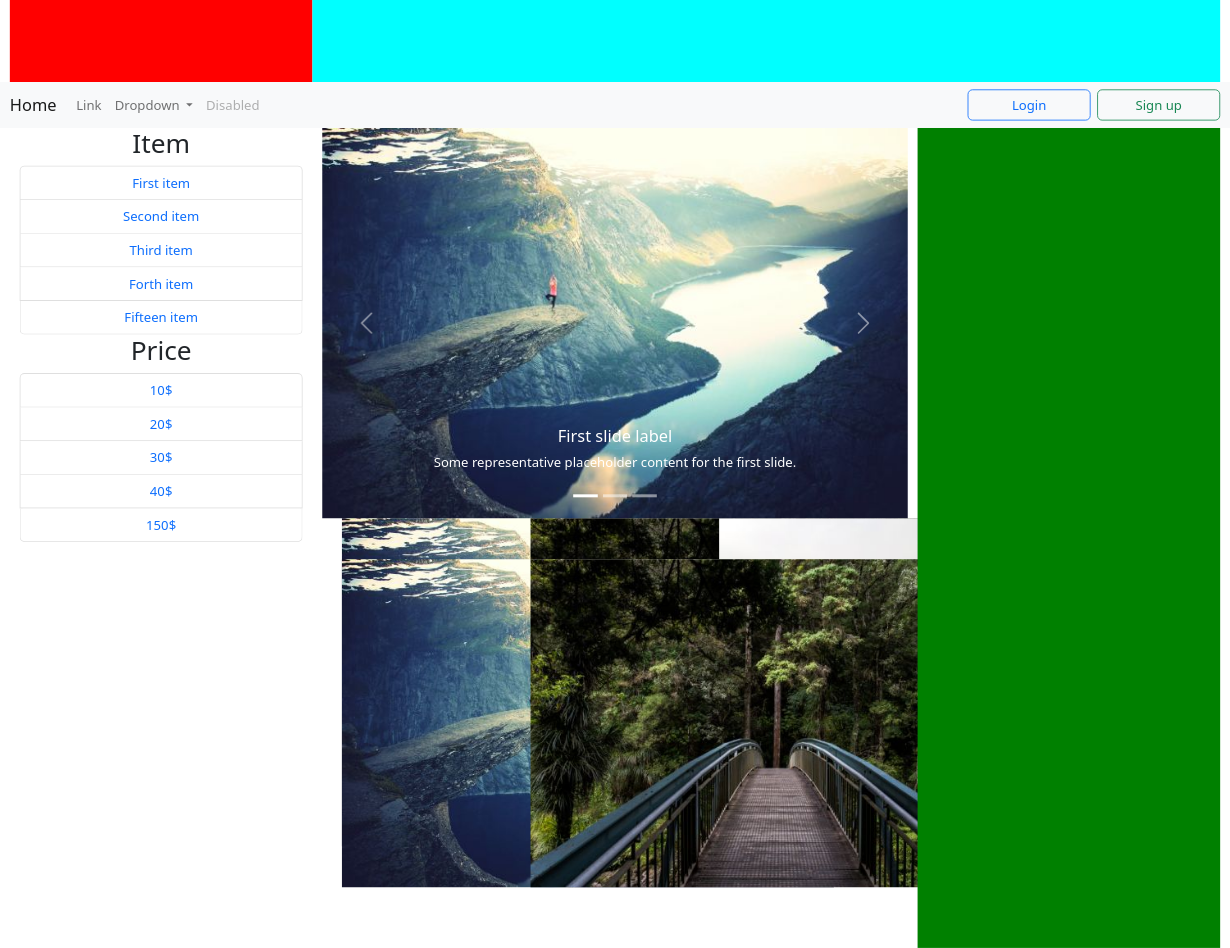
Repository: nguyenhung50497/MD2_bootstrap
Page: BT_giaoDienWeb/index.html
The author's editor kept a copy of each file at every save. The page is drawn from the files as they stood at one save, then again after the next save.
The browser window is 1280 px wide. The page is 1500 px wide, so the pictures cover 1500 px, including what lies to the right of the window. The pictures show the whole page, at 82% of full size.

Above is the page before, as saved 2022-11-30 14:08:05.

### BT_giaoDienWeb/index.html
<!DOCTYPE html>
<html lang="en">
<head>
    <meta charset="UTF-8">
    <meta http-equiv="X-UA-Compatible" content="IE=edge">
    <meta name="viewport" content="width=device-width, initial-scale=1.0">
    <link href="https://cdn.jsdelivr.net/npm/bootstrap@5.2.3/dist/css/bootstrap.min.css" rel="stylesheet" integrity="sha384-rbsA2VBKQhggwzxH7pPCaAqO46MgnOM80zW1RWuH61DGLwZJEdK2Kadq2F9CUG65" crossorigin="anonymous">
    <script src="https://cdn.jsdelivr.net/npm/bootstrap@5.2.3/dist/js/bootstrap.bundle.min.js" integrity="sha384-kenU1KFdBIe4zVF0s0G1M5b4hcpxyD9F7jL+jjXkk+Q2h455rYXK/7HAuoJl+0I4" crossorigin="anonymous"></script>
    <title>Document</title>
</head>
<style>
    .logo {
        background-color: red;
        height: 100px;
    }
    .anhBia {
        background-color: aqua;
        height: 100px;
    }
    .right {
        background-color: green;
        height: 1000px;
    }
    a {
        text-decoration: none;
    }
    .contentImg > div {
        height: 50px;
    }
</style>
<body>
<center>
    <div style="width: 1500px;">
    <header class="container-fluid row">
        <div class="col-lg-3 logo">
            <img src="" alt="">
        </div>
        <div class="col-lg-9 anhBia">
            <img src="" alt="">
        </div>
    </header>
    <nav class="navbar navbar-expand-lg bg-light">
        <div class="container-fluid">
          <a class="navbar-brand" href="#">Home</a>
          <button class="navbar-toggler" type="button" data-bs-toggle="collapse" data-bs-target="#navbarSupportedContent" aria-controls="navbarSupportedContent" aria-expanded="false" aria-label="Toggle navigation">
            <span class="navbar-toggler-icon"></span>
          </button>
          <div class="collapse navbar-collapse" id="navbarSupportedContent">
            <ul class="navbar-nav me-auto mb-2 mb-lg-0">
              <li class="nav-item">
                <a class="nav-link" href="#">Link</a>
              </li>
              <li class="nav-item dropdown">
                <a class="nav-link dropdown-toggle" href="#" role="button" data-bs-toggle="dropdown" aria-expanded="false">
                  Dropdown
                </a>
                <ul class="dropdown-menu">
                  <li><a class="dropdown-item" href="#">Action</a></li>
                  <li><a class="dropdown-item" href="#">Another action</a></li>
                  <li><hr class="dropdown-divider"></li>
                  <li><a class="dropdown-item" href="#">Something else here</a></li>
                </ul>
              </li>
              <li class="nav-item">
                <a class="nav-link disabled">Disabled</a>
              </li>
            </ul>
            <form class="d-flex" role="search">
              <button class="form-control me-2 btn btn-outline-primary" style="width: 150px;">Login</button>
              <button class="btn btn-outline-success" type="submit" style="width: 150px;">Sign up</button>
            </form>
          </div>
        </div>
      </nav>
    <div class="container-fluid row">
        <aside class="col-lg-3 left">
            <h2>Item</h2>
            <ul class="list-group">
                <li class="list-group-item"><a href="">First item</a></li>
                <li class="list-group-item"><a href="">Second item</a></li>
                <li class="list-group-item"><a href="">Third item</a></li>
                <li class="list-group-item"><a href="">Forth item</a></li>
                <li class="list-group-item"><a href="">Fifteen item</a></li>
            </ul>
            <h2>Price</h2>
            <ul class="list-group">
                <li class="list-group-item"><a href="">10$</a></li>
                <li class="list-group-item"><a href="">20$</a></li>
                <li class="list-group-item"><a href="">30$</a></li>
                <li class="list-group-item"><a href="">40$</a></li>
                <li class="list-group-item"><a href="">150$</a></li>
            </ul>
        </aside>
        <section class="col-lg-6 content">
            <div id="carouselExampleCaptions" class="carousel slide" data-bs-ride="false">
                <div class="carousel-indicators">
                  <button type="button" data-bs-target="#carouselExampleCaptions" data-bs-slide-to="0" class="active" aria-current="true" aria-label="Slide 1"></button>
                  <button type="button" data-bs-target="#carouselExampleCaptions" data-bs-slide-to="1" aria-label="Slide 2"></button>
                  <button type="button" data-bs-target="#carouselExampleCaptions" data-bs-slide-to="2" aria-label="Slide 3"></button>
                </div>
                <div class="carousel-inner">
                  <div class="carousel-item active">
                    <img src="anh1.jpg" class="d-block w-100" alt="Anh 1">
                    <div class="carousel-caption d-none d-md-block">
                      <h5>First slide label</h5>
                      <p>Some representative placeholder content for the first slide.</p>
                    </div>
                  </div>
                  <div class="carousel-item">
                    <img src="anh2.jpg" class="d-block w-100" alt="Anh 2">
                    <div class="carousel-caption d-none d-md-block">
                      <h5>Second slide label</h5>
                      <p>Some representative placeholder content for the second slide.</p>
                    </div>
                  </div>
                  <div class="carousel-item">
                    <img src="anh3.jpg" class="d-block w-100" alt="Anh 3">
                    <div class="carousel-caption d-none d-md-block">
                      <h5>Third slide label</h5>
                      <p>Some representative placeholder content for the third slide.</p>
                    </div>
                  </div>
                </div>
                <button class="carousel-control-prev" type="button" data-bs-target="#carouselExampleCaptions" data-bs-slide="prev">
                  <span class="carousel-control-prev-icon" aria-hidden="true"></span>
                  <span class="visually-hidden">Previous</span>
                </button>
                <button class="carousel-control-next" type="button" data-bs-target="#carouselExampleCaptions" data-bs-slide="next">
                  <span class="carousel-control-next-icon" aria-hidden="true"></span>
                  <span class="visually-hidden">Next</span>
                </button>
              </div>
              <div class="container-fluid row contentImg">
                <div class="col-lg-4"><img src="anh1.jpg" alt=""></div>
                <div class="col-lg-4"><img src="anh2.jpg" alt=""></div>
                <div class="col-lg-4"><img src="anh3.jpg" alt=""></div>
                <div class="col-lg-4"><img src="anh1.jpg" alt=""></div>
                <div class="col-lg-4"><img src="anh2.jpg" alt=""></div>
              </div>
        </section>
        <aside class="col-lg-3 right"></aside>
    </div>
    <footer></footer>
    </div>
</center>
</body>
</html>

After the next save:
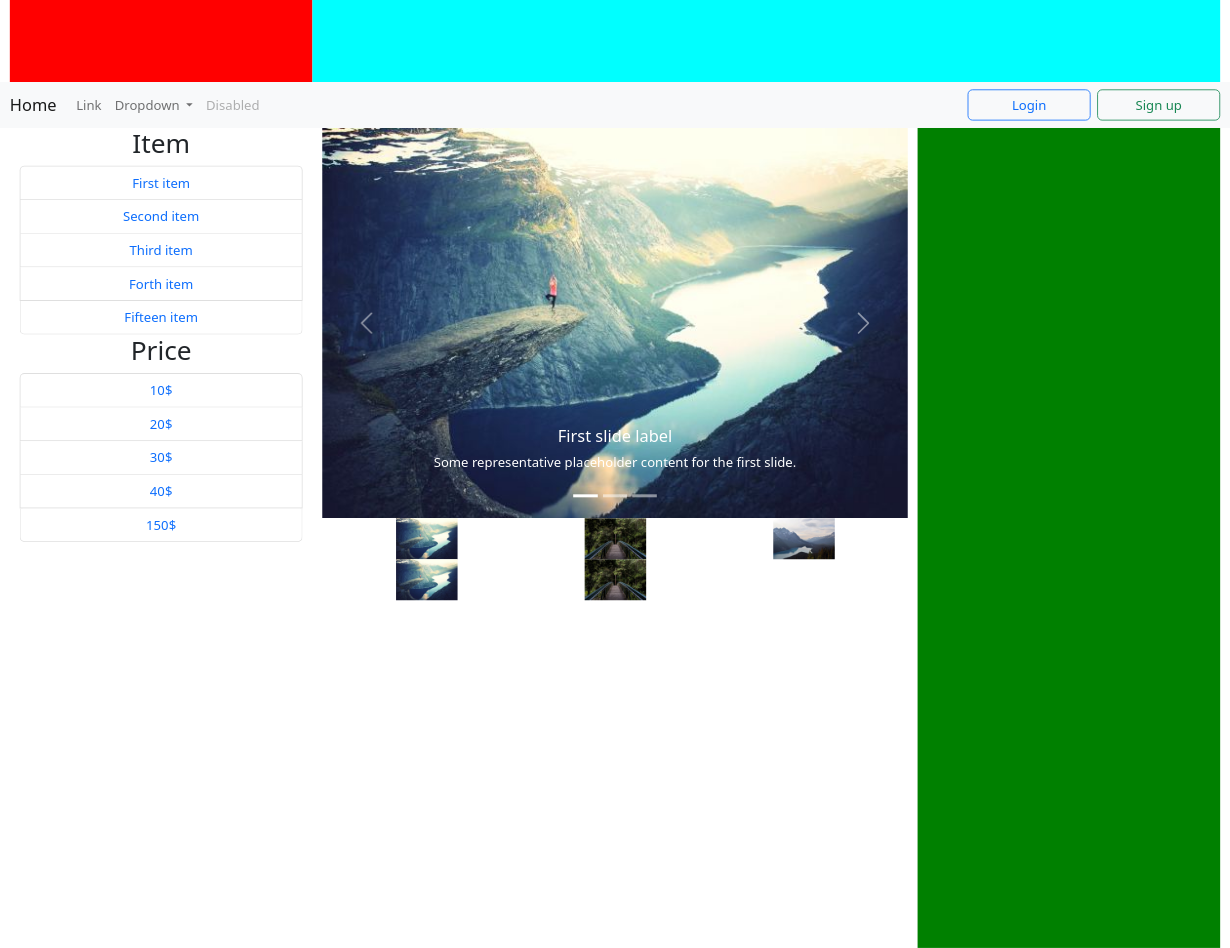
Saved 11 s later.
--- a/BT_giaoDienWeb/index.html
+++ b/BT_giaoDienWeb/index.html
@@ -24,7 +24,7 @@
     a {
         text-decoration: none;
     }
-    .contentImg > div {
+    .contentImg > div > img {
         height: 50px;
     }
 </style>
